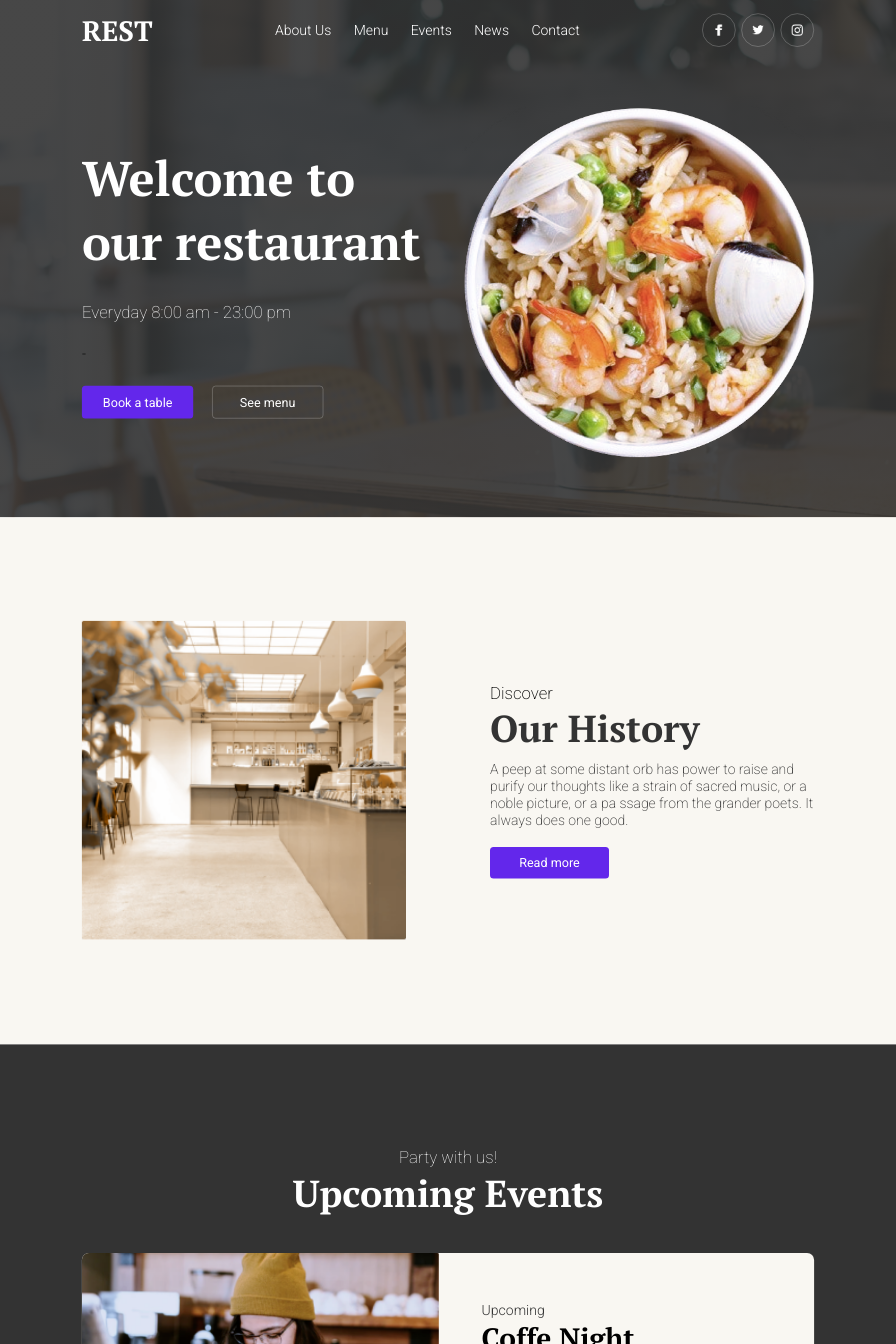
Repository: murilopellis-12/Tailwind-Prova
Page: index.html
These files come from the project's save history. The page is drawn as it stood at one moment and after a run of saves; the edit follows.
The browser window is 1280 px wide. The pictures show the part of the page from y = 0 to 1920 px (the page is 5662 px tall), at 70% of full size.
Empty fields were first filled with sample values (such as "Sample", 5 or name@example.com).
After loading, the first visible `#botao-livro-mesa` was clicked once.

Above is the page before, as saved 2026-10-29 15:31:19.

After the next 2 saves:
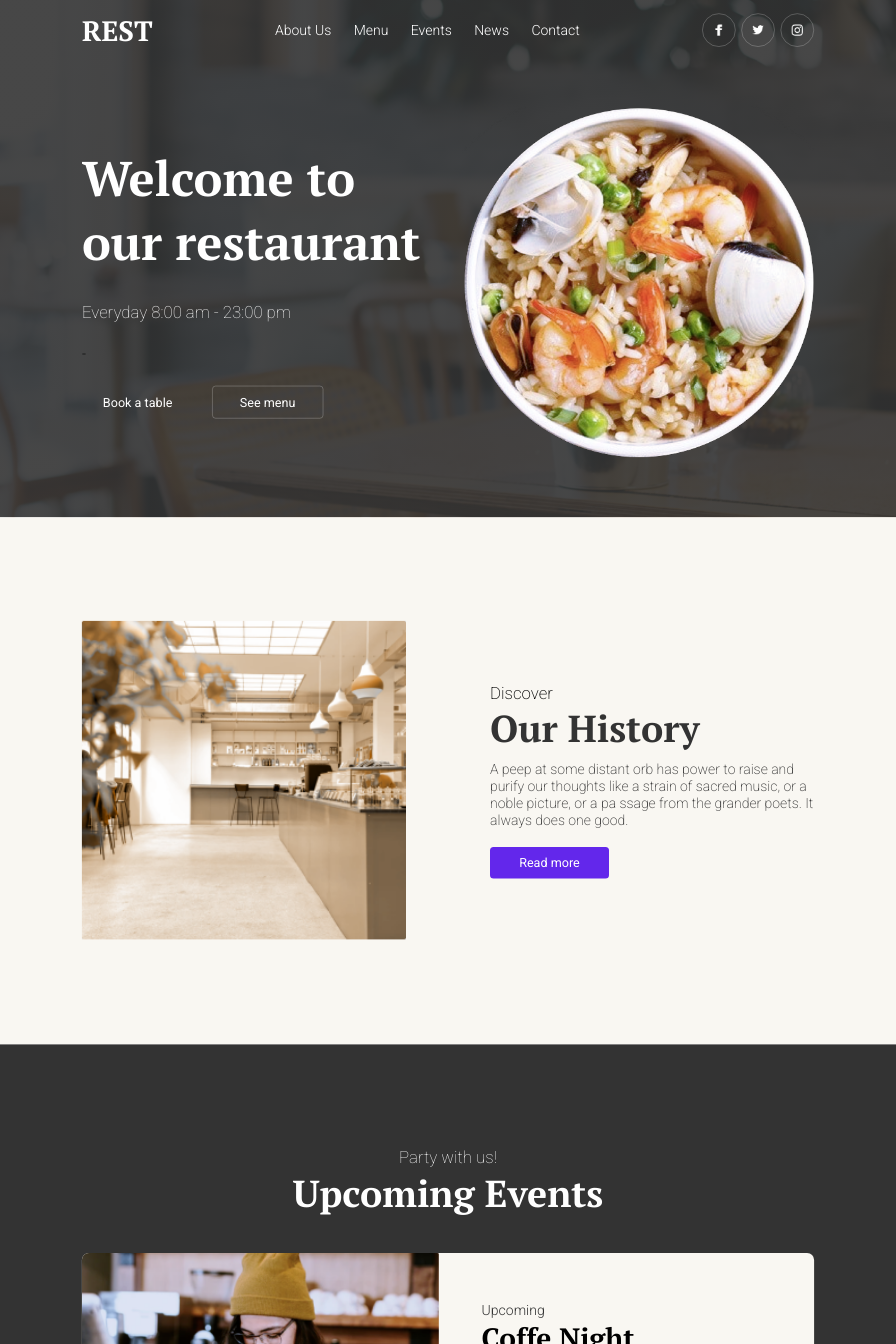
The 2 saves are shown as one change because they came seconds apart.
The last was saved 22 s later.
--- a/app.js
+++ b/app.js
@@ -38,5 +38,6 @@ button.addEventListener("click", () => {
 const botao = document.getElementById("botao-livro-mesa");
 
 botao.addEventListener("click", () => {
-    botao.classList.toggle("token");
+    botao.classList.toggle("bg-[var(--complementar-roxo)]");
+
 })
